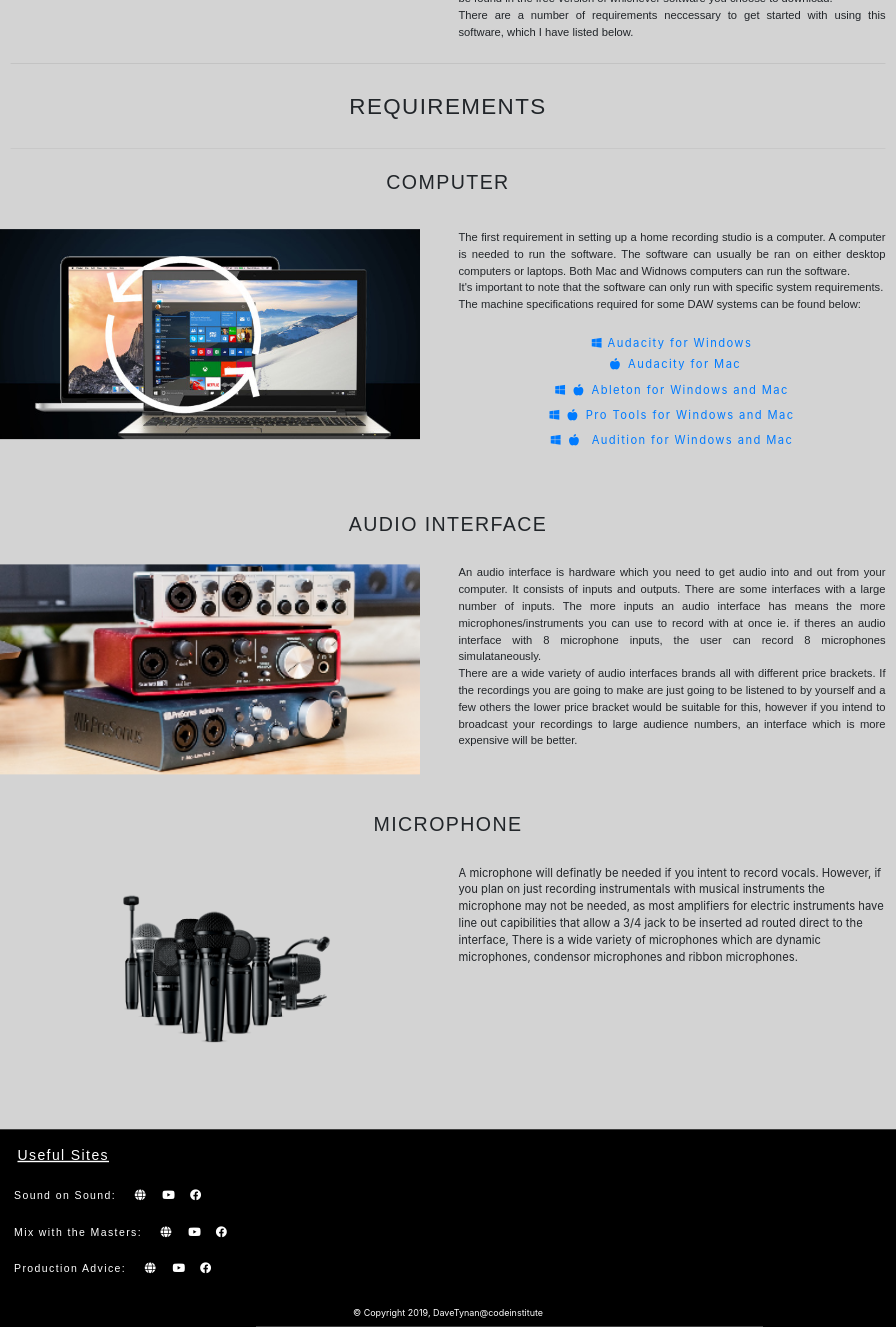
Repository: djjtyn/CIMilestoneProject1
Page: index.html
The author's editor kept a record of every edit. The page is drawn from the files as they stood at one moment, then again after the next edit.
The browser window is 1280 px wide. The pictures show the part of the page from y = 1055 to 2975 px (the page is 2951 px tall before and 2975 px after), at 70% of full size.
Some web libraries are served in a nearby version.

Above is the page before.
Console error (its wording comes from the project's code and is left out).

### index.html
<!DOCTYPE html>
<html lang="en">
<head>
    <meta charset="UTF-8">
    <meta name="viewport" content="width=device-width, initial-scale=1.0">
    <meta http-equiv="X-UA-Compatible" content="ie=edge">
    <link rel="stylesheet" href="https://stackpath.bootstrapcdn.com/bootstrap/4.3.1/css/bootstrap.min.css" integrity="sha384-ggOyR0iXCbMQv3Xipma34MD+dH/1fQ784/j6cY/iJTQUOhcWr7x9JvoRxT2MZw1T" crossorigin="anonymous">
    <link href="https://cdnjs.cloudflare.com/ajax/libs/font-awesome/5.9.0/css/all.min.css" rel="stylesheet">
    <link rel="stylesheet" href="css/style.css" type="text/css" />
    <title>Digital Audio Workstation</title>
</head>
<body>
  <nav class="navbar navbar-expand-md navbar-dark bg-dark fixed">
            <div class="nav-brand">
                <i class="fas fa-headphones"></i>
            </div>
            <!--Button code taken from WhiskeyDrop code institute project-->
            <button class="navbar-toggler" type="button" data-toggle="collapse" data-target="#navbarResponsive" aria-hidden="true">
                <span class="navbar-toggler-icon"></span>
            </button>

            <div class="collapse navbar-collapse" id="navbarResponsive">
                <ul class="navbar-nav mr-auto">
                    <li class="nav-item">
                        <a class="nav-link active" href="index.html">Home</a>
                    </li>
                      <li class="nav-item">
                        <a class="nav-link" href="eq.html">Equalization</a>
                    </li>
                      <li class="nav-item">
                        <a class="nav-link" href="complim.html">Compressor/ Limiter</a>
                    </li>
                </ul>
            </div>
        </nav> <!--NAVBAR-->

  <div class="no-gutters common-img "></div>                                  <!--COMMON PIC-->

  <hr>
                                                                            <!--MAIN-->
  <section class="container-fluid">
    <div class="row">
      <div class="col-12">
        <h1>Digital Audio Workstation (DAW)</h1>
      </div>
    </div>
    <hr>

    <div class="row">
      <div class="col-12 col-md-6 icons">
         <a href="https://www.avid.com/pro-tools/features" class="pro-tools" target="_blank"/>
          <img src="images/protools.jpg"  height="140px" width="270px";/>
         </a>
         <a href="https://www.ableton.com/en/live/" class="ableton" target="_blank"/>
           <img src="images/ableton.jpg" height="140px" width="270px"/>
          </a>
         <a href="https://www.audacityteam.org/about/features/" class="audacity" target="_blank"/>
           <img src="images/audacity.jpg" height="140px" width="270px"/>
               </a>
         <a href="https://www.adobe.com/mena_en/products/audition/features._sl_id-contentfilter_sl_featuredisplaytypes_sl_all.html" class="audition" target="_blank"/>
           <img src="images/audition.jpg" height="140px" width="270px"/>
               </a>
      </div> <!--ICONS-->
      <div class="col-12 col-md-6">
        <p>A <b>Digital Audio Workstation (DAW)</b> is software used in the recording and post production of audio. They are used in many professional recording studios but can be set up easily enough for use in the comfort of your home.<br>
        On this site, you will find the requirements needed to make use of one of these in addition to information on some commonly used tools found within every one of the digital audio workstation programmes available.<br>
          There is many different digital audio workstation software available such as Pro Tools, Audacity, Ableton and Audition to name a few. You will find icons on this page for the four software programmes I have named. Each icon is a link, which upon clicking, will take you to a page containing some information for each individual program and various features included in each one.<br>
          Every one  of these software programmes have their own strengths and weaknesses but all will work well with recording or improving audio quality for basic home recordings.<br>
          Some of the software I have listed are free to download whilst some cost to download. The ones that cost to download will allow a free trial or allow scaled down version of the full program to be downloaded for free. All the tools mentioned on this website can be found in the free version of whichever software you choose to download.<br>
          There are a number of requirements neccessary to get started with using this software, which I have listed below.</p>
      </div>       <!--ICON TXT-->
    </div>                                                <!--ICONS & ICON TXT-->

    <hr>

    <div class="row">
      <div class="col-12">
        <h2>Requirements</h2>
      </div>

    </div>                            <!--Requirements-->

    <hr>

    <div class="row comp">
      <div class="col-12">
        <h3>Computer</h3>
      </div>

      <div class="col-12 col-md-6 computer"></div>
      <div class="col-12 col-md-6">
      <p>The first requirement in setting up a home recording studio is a computer. A computer is needed to run the software. The software can usually be ran on either desktop computers or laptops. Both Mac and Widnows computers can run the software. <br>
        It's important to note that the software can only run with specific system requirements. <br>
                   The machine specifications required for some DAW systems can be found below:</p>
                   <ul>
                       <li><a href="https://www.audacityteam.org/download/windows/#sysreq" target="_blank"><i class="fab fa-windows"></i> Audacity for Windows</a></li>
                       <li><a href="https://www.audacityteam.org/download/mac/" target="_blank"><i class="fas fa-apple-alt"></i>Audacity for Mac</a></li>
                       <li><a href="https://help.ableton.com/hc/en-us/articles/115001663530-Live-10-Minimum-System-Requirements" target="_blank"><i class="fab fa-windows"></i><i class="fas fa-apple-alt"></i>Ableton for Windows and Mac</a></li>
                       <li><a href="http://avid.force.com/pkb/articles/compatibility/Pro-Tools-System-Requirements" target="_blank"><i class="fab fa-windows"></i><i class="fas fa-apple-alt"></i>Pro Tools for Windows and Mac</a></li>
                       <li><a href="https://helpx.adobe.com/ie/audition/system-requirements.html"target="_blank"><i class="fab fa-windows"></i><i class="fas fa-apple-alt"></i> Audition for Windows and Mac</a>
                    </ul>


      </div>
    </div>


    <div class="row">
      <div class="col-12">
        <h3>Audio Interface</h3>
      </div>
    </div>

    <div class="row int">
      <div class="col-12 col-md-6 interface"></div>
      <div class="col-12 col-md-6">
        <p>An audio interface is hardware which you need to get audio into and out from your computer. It consists of inputs and outputs. There are some interfaces with a large number of inputs. The more inputs an audio interface has means the more microphones/instruments you can use to record with at once ie. if theres an audio interface with 8 microphone inputs, the user can record 8 microphones simulataneously.<br>
          There are a wide variety of audio interfaces brands all with different price brackets. If the recordings you are going to make are just going to be listened to by yourself and a few others the lower price bracket would be suitable for this, however if you intend to broadcast your recordings to large audience numbers, an interface which is more expensive will be better.</p>
      </div>
    </div>

    <div class="row">
      <div class="col-12">
        <h3>Microphone</h3>
      </div>
    </div>

    <div class="row int">
      <div class="col-12 col-md-6 microphone"></div>
      <div class="col-12 col-md-6">
        A microphone will definatly be needed if you intent to record vocals. However, if you plan on just recording instrumentals with musical instruments the microphone may not be needed, as most amplifiers for electric instruments have line out capibilities that allow a 3/4 jack to be inserted ad routed direct to the interface,
        There is a wide variety of microphones which are dynamic microphones, condensor microphones and ribbon microphones.
      </div>
    </div>



  </section>



  <footer class="container-fluid links">
    <h5 class="uppercase">Useful Sites</h5>
    <div class="sos">
      <h6>Sound on Sound:</h6>
    <a href="https://www.soundonsound.com/" target="_blank"> <i class="fas fa-globe"></i></a>
    <a href="https://www.youtube.com/channel/UCFw2zGrdiLLAwbNQra1vtnA" target="_blank"><i class="fab fa-youtube"></i></a>
    <a href="https://www.facebook.com/soundonsoundmag/" target="_blank"><i class="fab fa-facebook"></i></a>
    </div>
    <div class="mwthm">
      <h6>Mix with the Masters:</h6>
    <a href="https://mixwiththemasters.com/" target="_blank"><i class="fas fa-globe"></i></a>
    <a href="https://www.youtube.com/user/MixWithTheMASTERS" target="_blank"><i class="fab fa-youtube"></i></a>
      <a href="https://www.facebook.com/MixWithTheMasters/" target="_blank"><i class="fab fa-facebook"></i></a>
    </div>
     <div class="pa">
      <h6>Production Advice:</h6>
    <a href="https://productionadvice.co.uk/" target="_blank"><i class="fas fa-globe"></i></a>
    <a href="https://www.youtube.com/channel/UCMFrnWIF6N5YtOZzmCGP16A" target="_blank"><i class="fab fa-youtube"></i></a>
     <a href="https://www.facebook.com/ProductionAdvice/" target="_blank"><i class="fab fa-facebook"></i></a>
    </div>

    <div class="copy">
      <small>&copy; Copyright 2019, DaveTynan@codeinstitute</small>
    </div>




    </footer>

</body>
<script src="https://cdnjs.cloudflare.com/ajax/libs/jquery/3.2.1/jquery.min.js"></script>
<script src="https://cdnjs.cloudflare.com/ajax/libs/twitter-bootstrap/4.0.0-alpha.6/js/bootstrap.min.js"></script>
</html>

### css/style.css
h1, h2, h3 {
    text-align: center;
    font-family: Arial;
    padding: 5;
    margin:2%;
    letter-spacing: 2px;
    text-transform: uppercase;
}

h3{
    padding: 15px;
}

p{
    text-align: justify;
    font-family: Arial;
}


/*-------------------------------------------------NAVBAR---*/

nav{
    height: 70px;
    font-size: 20px;
    color: #fff;
}

.fa-headphones{
    padding-left: 15px;
    padding-right:15px;
    margin-right: 15px;
    font-size: 50px;
}

nav ul li {
    padding:15px;
    font-family: Arial;
    letter-spacing: 5px;}

/*-------------------------------------------------COMMON IMG---*/
.common-img {
    height: 400px;
    width: 100%;
    background-image: url("../images/bg.jpg");
    background-size: cover;
    background-repeat: no-repeat;
    background-position: center;
   width: 100%;
   }


/*-------------------------------------------------MAIN---*/
h1, h2, h3 {
    text-align: center;
}

body{
    background-color: #d3d3d3;
}

.pro-tools, .ableton, .audacity, .audition {
    display: inline-block;
    padding: 2%;
}

.icons {
    text-align: center;}


/*-------------------------------------------------Requirements--*/
.comp h3{
    margin-bottom:35px;
    margin-top:0;
}

.comp ul {
    text-align:center;
    padding:15px;
}



.comp .fa-apple-alt{
    padding:10px;
}

.computer {
    width: 356px;
    height: 300px;
    background-image: url("../images/computer.jpg");
    background-size: contain;
    background-repeat: no-repeat;
    }




.interface{
    background-image: url("../images/interface.jpg");
     height: 300px;
     width:100%;
    background-size: contain;
    background-repeat: no-repeat;}

.microphone{
    background-image: url("../images/microphones.png");
     height: 300px;
    background-size: contain;
    background-repeat: no-repeat;
    background-position:center;

}

.comp, .mic, .int{
    margin-bottom:15px;
   }

ul{
    list-style: none;
    letter-spacing: 2px;
}


/*-------------------------------------------------FOOTER---*/


footer {
    background-color: #000;
    margin-top:5%;


}

h5 {
    font-family: Arial;
    color: #fff;
    letter-spacing: 2px;
    text-decoration: underline;
    font-weight: 300;
    padding: 15px;
    margin: 5;
}

h6 {
    font-family: Arial;
    letter-spacing: 2px;
    color: white;
    font-size: 15px;
}

.links a, .links, h6 {
    display: inline-block;
    padding: 10px;}

footer i {
    height: 30px;
    width: 15px;
    color: #fff;
    padding: 2px;
    margin: 0px;
    transition-timing-function: ease-in-out;
    transition-duration: .5s;
}

.copy{
    color: #fff;
    text-align: center;
    margin-top: 20px;
}

footer i:hover {
  color: red;
}

 /*-------------------------------------------------EQ---*/
 .eq{
     background-image: url("../images/EQ.png");
     background-size: cover;
     background-repeat: no-repeat;
     height: 300px;
     width:100%;}

 .oneband {
     background-image: url("../images/1band.png");
     background-size: contain;
     background-repeat: no-repeat;
     background-position: center;
     width:100%;}

 .sevenband{
     background-image: url("../images/7band.jpg");
     width:100%
     background-size: contain;
     background-repeat: no-repeat;
     background-position: center;}

 /*-------------------------------------------------Compress/Limit---*/

 .compress{
     background-image: url("../images/spring.jpg");
     background-size: cover;
     height: 350px;
     width: 750px;
     background-repeat: no-repeat;
     background-position: center;}

.compresspic{
     background-image: url("../images/compressor.png");
     background-size: contain;
     background-repeat: no-repeat;
     background-position: center;
     width:100%;
}

.limiter{
     background-image: url("../images/Limiter.jpg");
     background-size: contain;
     background-repeat: no-repeat;
     background-position: center;
     width:100%;

}

After the next edit:
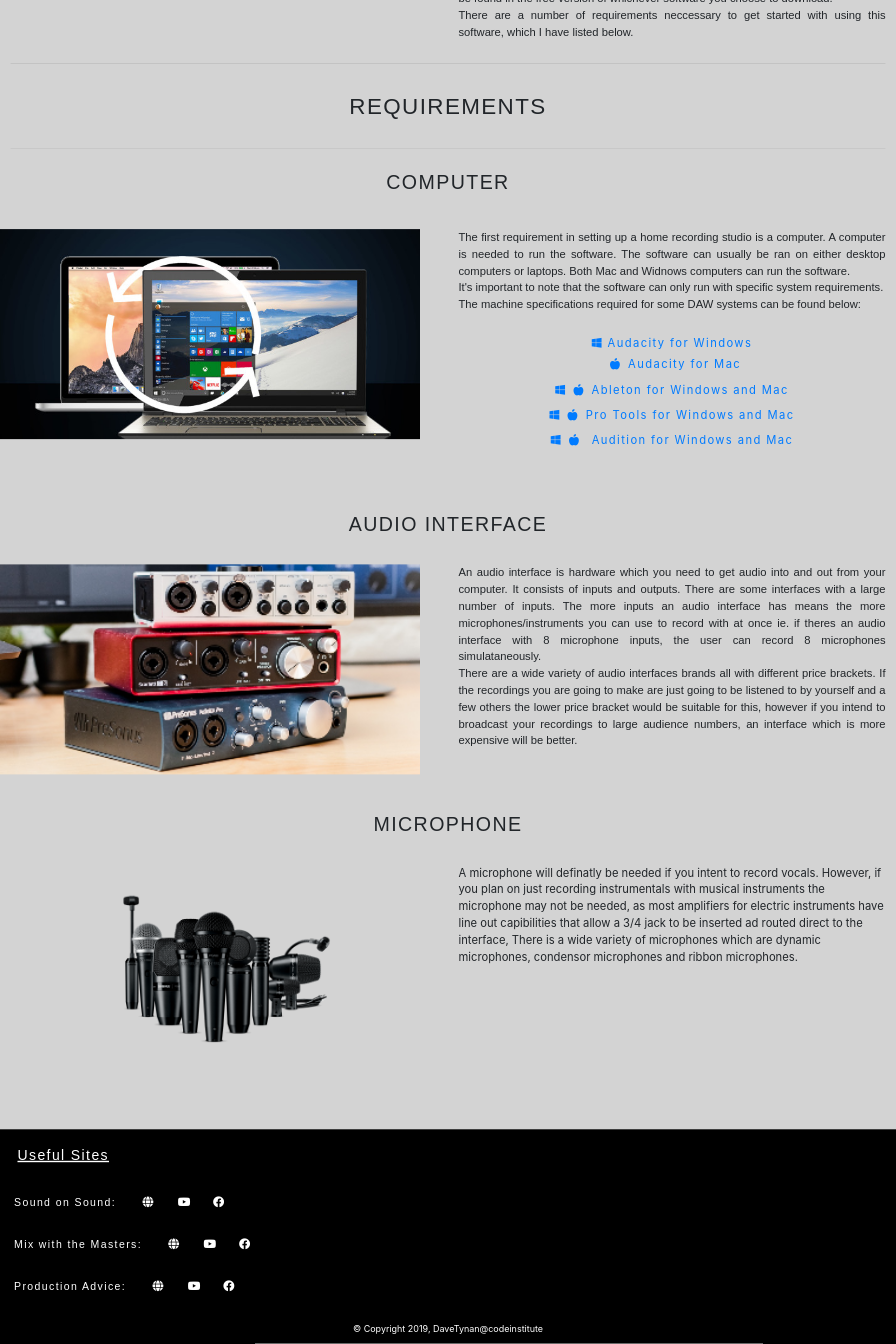
The edit:
--- a/css/style.css
+++ b/css/style.css
@@ -156,8 +156,8 @@
     height: 30px;
     width: 15px;
     color: #fff;
-    padding: 2px;
-    margin: 0px;
+    padding: 8px;
+    margin: 5px;
     transition-timing-function: ease-in-out;
     transition-duration: .5s;
 }
